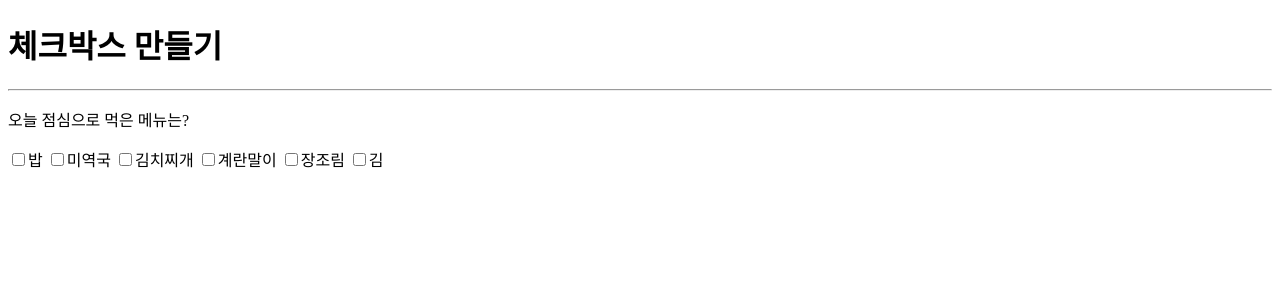
Repository: jp0301/WebStudy
Page: WebApp01/WebContent/Test022.html
An editor plug-in stored every save of this project. The page is shown before and after the next save, followed by the edit.
The browser window is 1280 px wide. The pictures show the whole page.

Above is the page before, as saved 2022-09-27 06:06:34.

After the next save:
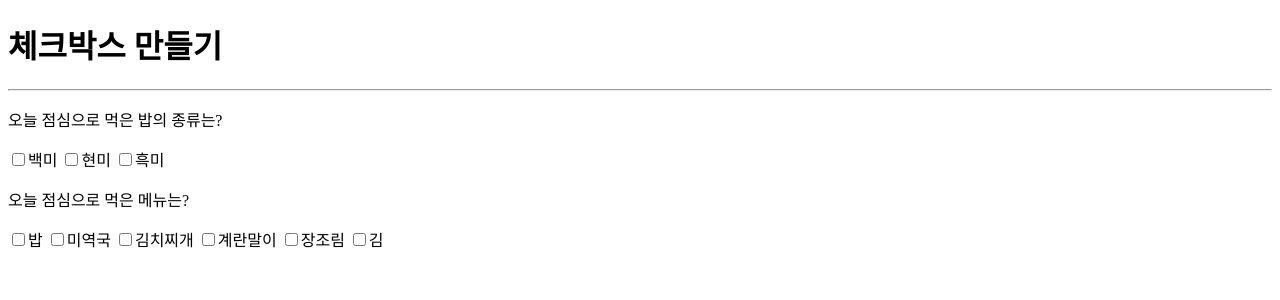
Saved 4 min 55 s later.
--- a/WebApp01/WebContent/Test022.html
+++ b/WebApp01/WebContent/Test022.html
@@ -13,6 +13,11 @@
 
 <div>
 	<form>
+		<p>오늘 점심으로 먹은 밥의 종류는?</p>
+		<input type="checkbox" name="foodSelect1" value="1" id="test1">백미
+		<input type="checkbox" name="foodSelect1" value="2" id="test2">현미
+		<input type="checkbox" name="foodSelect1" value="3" id="test3">흑미
+
 		<p>오늘 점심으로 먹은 메뉴는?</p>
 
 		<input type="checkbox" name="foodSelect" value="1" id="chk1">밥
